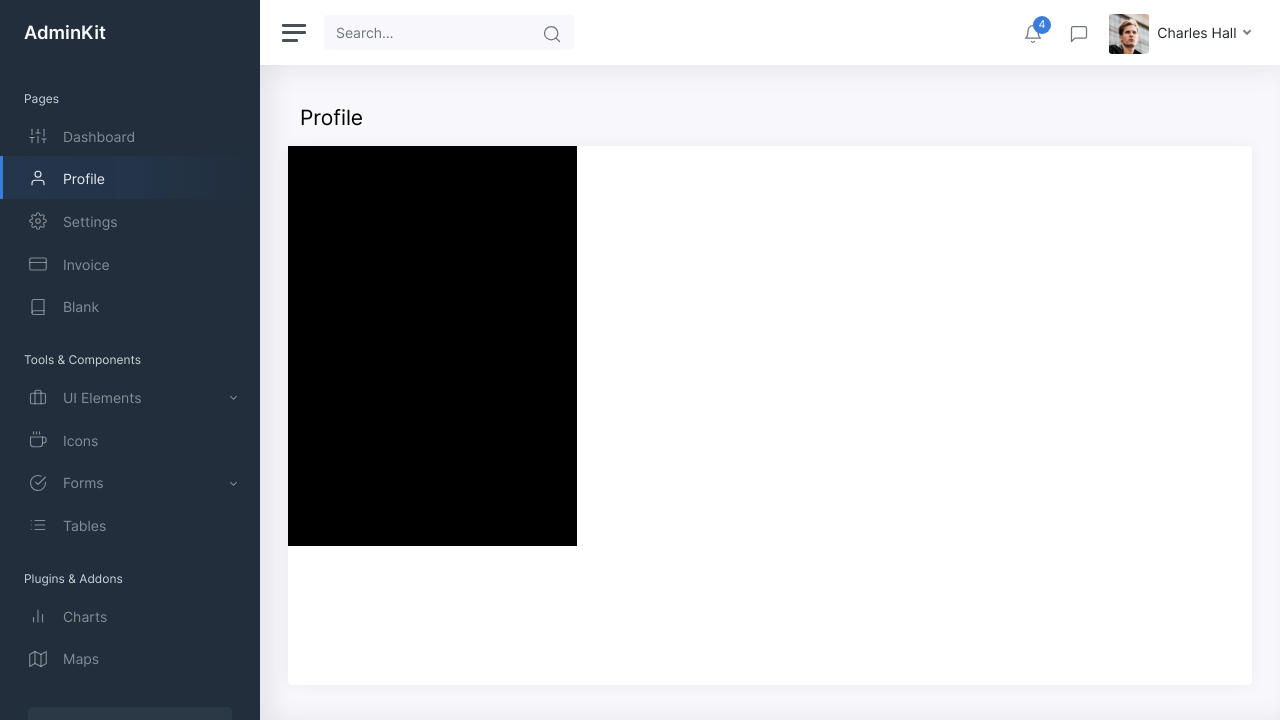
Repository: yuwei0922/WHURS-WGIS
Page: final_project/pages-profile.html
These files come from the project's save history. The page is drawn as it stood at one moment and after the next save; the edit follows.
The browser window is 1280 px wide. The pictures show the whole page.

Above is the page before, as saved 2022-12-21 20:10:45.
Not found: final_project/js/vendor.js

### final_project/pages-profile.html
<!DOCTYPE html>
<html lang="en">

<head>
	<meta charset="utf-8">
	<meta http-equiv="X-UA-Compatible" content="IE=edge">
	<meta name="viewport" content="width=device-width, initial-scale=1, shrink-to-fit=no">
	<meta name="description" content="Responsive Web UI Kit &amp; Dashboard Template based on Bootstrap">
	<meta name="author" content="AdminKit">
	<meta name="keywords" content="adminkit, bootstrap, web ui kit, dashboard template, admin template">
	<link rel="shortcut icon" href="img/icons/icon-48x48.png" />
	<title>Profile</title>
	<link href="css/app.css" rel="stylesheet">
	<link rel="stylesheet" href="css/content.css">
</head>

<body>
	<div class="wrapper">
		<nav id="sidebar" class="sidebar">
			<div class="sidebar-content js-simplebar">
				<a class="sidebar-brand" href="index.html">
          <span class="align-middle">AdminKit</span>
        </a>

				<ul class="sidebar-nav">
					<li class="sidebar-header">
						Pages
					</li>

					<li class="sidebar-item">
						<a class="sidebar-link" href="index.html">
              <i class="align-middle" data-feather="sliders"></i> <span class="align-middle">Dashboard</span>
            </a>
					</li>

					<li class="sidebar-item active">
						<a class="sidebar-link" href="pages-profile.html">
              <i class="align-middle" data-feather="user"></i> <span class="align-middle">Profile</span>
            </a>
					</li>

					<li class="sidebar-item">
						<a class="sidebar-link" href="pages-settings.html">
              <i class="align-middle" data-feather="settings"></i> <span class="align-middle">Settings</span>
            </a>
					</li>

					<li class="sidebar-item">
						<a class="sidebar-link" href="pages-invoice.html">
              <i class="align-middle" data-feather="credit-card"></i> <span class="align-middle">Invoice</span>
            </a>
					</li>

					<li class="sidebar-item">
						<a class="sidebar-link" href="pages-blank.html">
              <i class="align-middle" data-feather="book"></i> <span class="align-middle">Blank</span>
            </a>
					</li>

					<li class="sidebar-header">
						Tools & Components
					</li>
					<li class="sidebar-item">
						<a href="#ui" data-toggle="collapse" class="sidebar-link collapsed">
              <i class="align-middle" data-feather="briefcase"></i> <span class="align-middle">UI Elements</span>
            </a>
						<ul id="ui" class="sidebar-dropdown list-unstyled collapse " data-parent="#sidebar">
							<li class="sidebar-item"><a class="sidebar-link" href="ui-alerts.html">Alerts</a></li>
							<li class="sidebar-item"><a class="sidebar-link" href="ui-buttons.html">Buttons</a></li>
							<li class="sidebar-item"><a class="sidebar-link" href="ui-cards.html">Cards</a></li>
							<li class="sidebar-item"><a class="sidebar-link" href="ui-general.html">General</a></li>
							<li class="sidebar-item"><a class="sidebar-link" href="ui-grid.html">Grid</a></li>
							<li class="sidebar-item"><a class="sidebar-link" href="ui-modals.html">Modals</a></li>
							<li class="sidebar-item"><a class="sidebar-link" href="ui-typography.html">Typography</a></li>
						</ul>
					</li>

					<li class="sidebar-item">
						<a class="sidebar-link" href="icons-feather.html">
              <i class="align-middle" data-feather="coffee"></i> <span class="align-middle">Icons</span>
            </a>
					</li>

					<li class="sidebar-item">
						<a href="#forms" data-toggle="collapse" class="sidebar-link collapsed">
              <i class="align-middle" data-feather="check-circle"></i> <span class="align-middle">Forms</span>
            </a>
						<ul id="forms" class="sidebar-dropdown list-unstyled collapse " data-parent="#sidebar">
							<li class="sidebar-item"><a class="sidebar-link" href="forms-layouts.html">Form Layouts</a></li>
							<li class="sidebar-item"><a class="sidebar-link" href="forms-basic-inputs.html">Basic Inputs</a></li>
						</ul>
					</li>

					<li class="sidebar-item">
						<a class="sidebar-link" href="tables-bootstrap.html">
              <i class="align-middle" data-feather="list"></i> <span class="align-middle">Tables</span>
            </a>
					</li>

					<li class="sidebar-header">
						Plugins & Addons
					</li>

					<li class="sidebar-item">
						<a class="sidebar-link" href="charts-chartjs.html">
              <i class="align-middle" data-feather="bar-chart-2"></i> <span class="align-middle">Charts</span>
            </a>
					</li>

					<li class="sidebar-item">
						<a class="sidebar-link" href="maps-google.html">
              <i class="align-middle" data-feather="map"></i> <span class="align-middle">Maps</span>
            </a>
					</li>
				</ul>

				<div class="sidebar-cta">
					<div class="sidebar-cta-content">
						<strong class="d-inline-block mb-2">Upgrade to Pro</strong>
						<div class="mb-3 text-sm">
							Are you looking for more components?
						</div>
						<a href="#" target="_blank" class="btn btn-outline-primary btn-block">Upgrade</a>
					</div>
				</div>
			</div>
		</nav>

		<div class="main">
			<nav class="navbar navbar-expand navbar-light navbar-bg">
				<a class="sidebar-toggle d-flex">
          <i class="hamburger align-self-center"></i>
        </a>

				<form class="form-inline d-none d-sm-inline-block">
					<div class="input-group input-group-navbar">
						<input type="text" class="form-control" placeholder="Search…" aria-label="Search">
						<div class="input-group-append">
							<button class="btn" type="button">
                <i class="align-middle" data-feather="search"></i>
              </button>
						</div>
					</div>
				</form>

				<div class="navbar-collapse collapse">
					<ul class="navbar-nav navbar-align">
						<li class="nav-item dropdown">
							<a class="nav-icon dropdown-toggle" href="#" id="alertsDropdown" data-toggle="dropdown">
								<div class="position-relative">
									<i class="align-middle" data-feather="bell"></i>
									<span class="indicator">4</span>
								</div>
							</a>
							<div class="dropdown-menu dropdown-menu-lg dropdown-menu-right py-0" aria-labelledby="alertsDropdown">
								<div class="dropdown-menu-header">
									4 New Notifications
								</div>
								<div class="list-group">
									<a href="#" class="list-group-item">
										<div class="row no-gutters align-items-center">
											<div class="col-2">
												<i class="text-danger" data-feather="alert-circle"></i>
											</div>
											<div class="col-10">
												<div class="text-dark">Update completed</div>
												<div class="text-muted small mt-1">Restart server 12 to complete the update.</div>
												<div class="text-muted small mt-1">30m ago</div>
											</div>
										</div>
									</a>
									<a href="#" class="list-group-item">
										<div class="row no-gutters align-items-center">
											<div class="col-2">
												<i class="text-warning" data-feather="bell"></i>
											</div>
											<div class="col-10">
												<div class="text-dark">Lorem ipsum</div>
												<div class="text-muted small mt-1">Aliquam ex eros, imperdiet vulputate hendrerit et.</div>
												<div class="text-muted small mt-1">2h ago</div>
											</div>
										</div>
									</a>
									<a href="#" class="list-group-item">
										<div class="row no-gutters align-items-center">
											<div class="col-2">
												<i class="text-primary" data-feather="home"></i>
											</div>
											<div class="col-10">
												<div class="text-dark">Login from 192.186.1.8</div>
												<div class="text-muted small mt-1">5h ago</div>
											</div>
										</div>
									</a>
									<a href="#" class="list-group-item">
										<div class="row no-gutters align-items-center">
											<div class="col-2">
												<i class="text-success" data-feather="user-plus"></i>
											</div>
											<div class="col-10">
												<div class="text-dark">New connection</div>
												<div class="text-muted small mt-1">Christina accepted your request.</div>
												<div class="text-muted small mt-1">14h ago</div>
											</div>
										</div>
									</a>
								</div>
								<div class="dropdown-menu-footer">
									<a href="#" class="text-muted">Show all notifications</a>
								</div>
							</div>
						</li>
						<li class="nav-item dropdown">
							<a class="nav-icon dropdown-toggle" href="#" id="messagesDropdown" data-toggle="dropdown">
								<div class="position-relative">
									<i class="align-middle" data-feather="message-square"></i>
								</div>
							</a>
							<div class="dropdown-menu dropdown-menu-lg dropdown-menu-right py-0" aria-labelledby="messagesDropdown">
								<div class="dropdown-menu-header">
									<div class="position-relative">
										4 New Messages
									</div>
								</div>
								<div class="list-group">
									<a href="#" class="list-group-item">
										<div class="row no-gutters align-items-center">
											<div class="col-2">
												<img src="img/avatars/avatar-5.jpg" class="avatar img-fluid rounded-circle" alt="Vanessa Tucker">
											</div>
											<div class="col-10 pl-2">
												<div class="text-dark">Vanessa Tucker</div>
												<div class="text-muted small mt-1">Nam pretium turpis et arcu. Duis arcu tortor.</div>
												<div class="text-muted small mt-1">15m ago</div>
											</div>
										</div>
									</a>
									<a href="#" class="list-group-item">
										<div class="row no-gutters align-items-center">
											<div class="col-2">
												<img src="img/avatars/avatar-2.jpg" class="avatar img-fluid rounded-circle" alt="William Harris">
											</div>
											<div class="col-10 pl-2">
												<div class="text-dark">William Harris</div>
												<div class="text-muted small mt-1">Curabitur ligula sapien euismod vitae.</div>
												<div class="text-muted small mt-1">2h ago</div>
											</div>
										</div>
									</a>
									<a href="#" class="list-group-item">
										<div class="row no-gutters align-items-center">
											<div class="col-2">
												<img src="img/avatars/avatar-4.jpg" class="avatar img-fluid rounded-circle" alt="Christina Mason">
											</div>
											<div class="col-10 pl-2">
												<div class="text-dark">Christina Mason</div>
												<div class="text-muted small mt-1">Pellentesque auctor neque nec urna.</div>
												<div class="text-muted small mt-1">4h ago</div>
											</div>
										</div>
									</a>
									<a href="#" class="list-group-item">
										<div class="row no-gutters align-items-center">
											<div class="col-2">
												<img src="img/avatars/avatar-3.jpg" class="avatar img-fluid rounded-circle" alt="Sharon Lessman">
											</div>
											<div class="col-10 pl-2">
												<div class="text-dark">Sharon Lessman</div>
												<div class="text-muted small mt-1">Aenean tellus metus, bibendum sed, posuere ac, mattis non.</div>
												<div class="text-muted small mt-1">5h ago</div>
											</div>
										</div>
									</a>
								</div>
								<div class="dropdown-menu-footer">
									<a href="#" class="text-muted">Show all messages</a>
								</div>
							</div>
						</li>
						<li class="nav-item dropdown">
							<a class="nav-icon dropdown-toggle d-inline-block d-sm-none" href="#" data-toggle="dropdown">
                <i class="align-middle" data-feather="settings"></i>
              </a>

							<a class="nav-link dropdown-toggle d-none d-sm-inline-block" href="#" data-toggle="dropdown">
                <img src="img/avatars/avatar.jpg" class="avatar img-fluid rounded mr-1" alt="Charles Hall" /> <span class="text-dark">Charles Hall</span>
              </a>
							<div class="dropdown-menu dropdown-menu-right">
								<a class="dropdown-item" href="pages-profile.html"><i class="align-middle mr-1" data-feather="user"></i> Profile</a>
								<a class="dropdown-item" href="#"><i class="align-middle mr-1" data-feather="pie-chart"></i> Analytics</a>
								<div class="dropdown-divider"></div>
								<a class="dropdown-item" href="pages-settings.html"><i class="align-middle mr-1" data-feather="settings"></i> Settings & Privacy</a>
								<a class="dropdown-item" href="#"><i class="align-middle mr-1" data-feather="help-circle"></i> Help Center</a>
								<div class="dropdown-divider"></div>
								<a class="dropdown-item" href="#">Log out</a>
							</div>
						</li>
					</ul>
				</div>
			</nav>

			<main class="content">
				<div class="container-fluid p-0 map-background">

					<h1 class="h3 mb-3">Profile</h1>

					<div class="row map-background">
						<div class="card col-12 mapcontent">123132</div>
						<div class="select-contronller">
					</div>
					</div>
				</div>

			</main>


	</div>

	<script src="js/vendor.js"></script>
	<script src="js/app.js"></script>

</body>

</html>

### final_project/css/content.css
.map-background{
    height:100%;
    position: relative;
}

.mapcontent{
    height: 90%;
}

.select-contronller{
    display: inline-block;
    position: absolute;
    height: 400px;
    background-color: black;
    width: 30%;
}

Loaded but not shown: final_project/css/app.css (library); final_project/js/app.js (library)

After the next save:
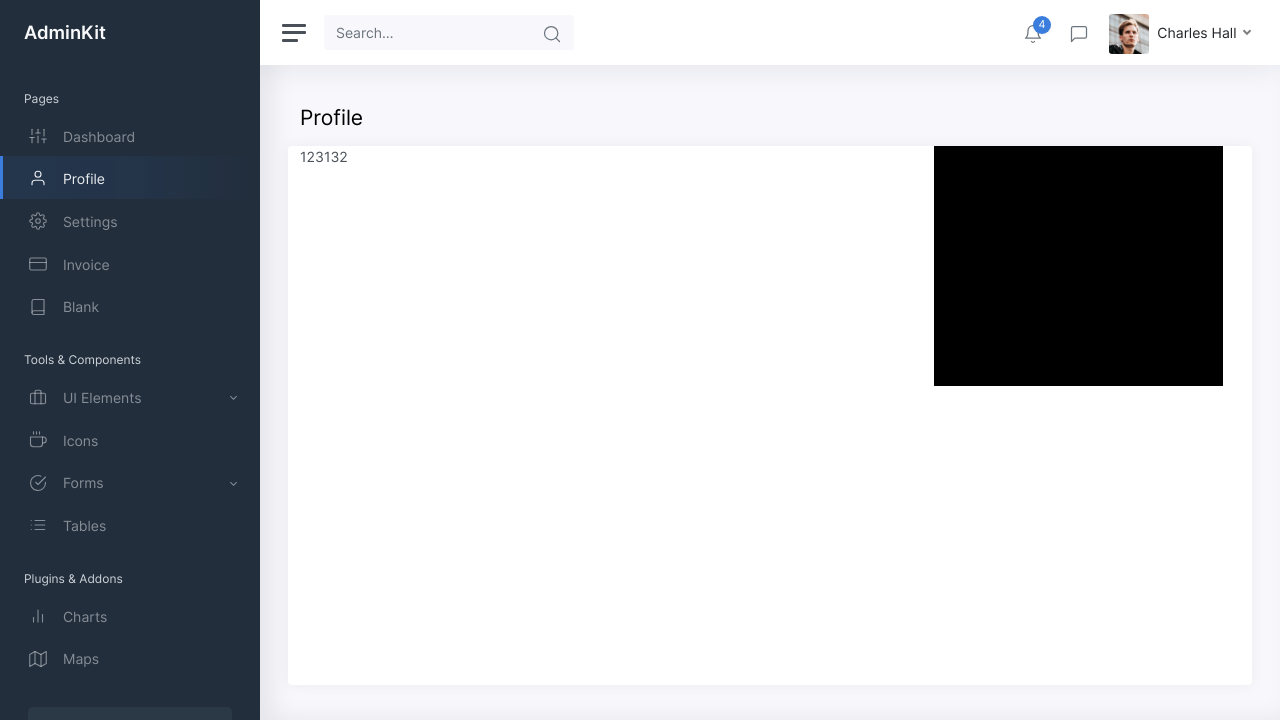
Saved 27 s later.
--- a/final_project/css/content.css
+++ b/final_project/css/content.css
@@ -10,7 +10,8 @@
 .select-contronller{
     display: inline-block;
     position: absolute;
-    height: 400px;
+    right: 3%;
+    height: 40%;
     background-color: black;
     width: 30%;
 }
